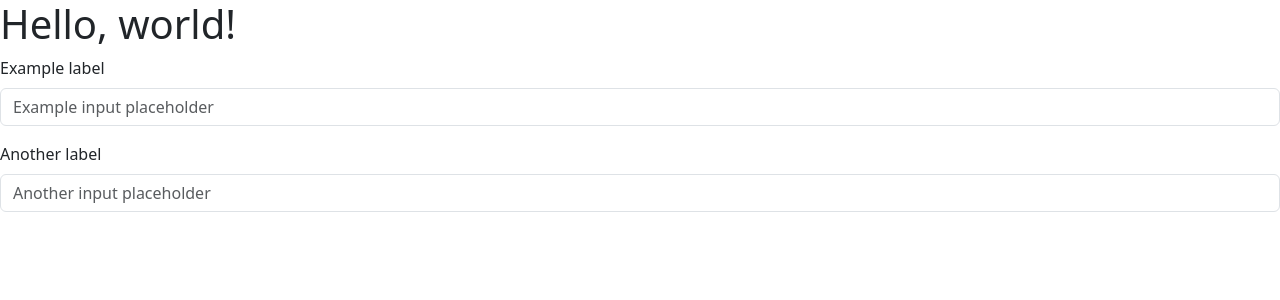
Repository: Senyadt2/Projects-On-Java
Page: HTTP-Servlet-request-response/src/main/webapp/index.html
The author's editor kept a copy of each file at every save. The page is drawn from the files as they stood at one save, then again after the next save.
The browser window is 1280 px wide. The pictures show the whole page.

Above is the page before, as saved 2024-03-24 04:17:09.

### HTTP-Servlet-request-response/src/main/webapp/index.html
<!doctype html>
<html lang="en">
  <head>
    <meta charset="utf-8">
    <meta name="viewport" content="width=device-width, initial-scale=1">
    <title>Bootstrap demo</title>
    <link href="https://cdn.jsdelivr.net/npm/bootstrap@5.3.3/dist/css/bootstrap.min.css" rel="stylesheet" integrity="sha384-QWTKZyjpPEjISv5WaRU9OFeRpok6YctnYmDr5pNlyT2bRjXh0JMhjY6hW+ALEwIH" crossorigin="anonymous">
  </head>
  <body>
    <h1>Hello, world!</h1>
    <div><div class="mb-3">
  <label for="formGroupExampleInput" class="form-label">Example label</label>
  <input type="text" class="form-control" id="formGroupExampleInput" placeholder="Example input placeholder">
</div>
<div class="mb-3">
  <label for="formGroupExampleInput2" class="form-label">Another label</label>
  <input type="text" class="form-control" id="formGroupExampleInput2" placeholder="Another input placeholder">
</div></div>
    <script src="https://cdn.jsdelivr.net/npm/bootstrap@5.3.3/dist/js/bootstrap.bundle.min.js" integrity="sha384-YvpcrYf0tY3lHB60NNkmXc5s9fDVZLESaAA55NDzOxhy9GkcIdslK1eN7N6jIeHz" crossorigin="anonymous"></script>
  </body>
</html>

After the next save:
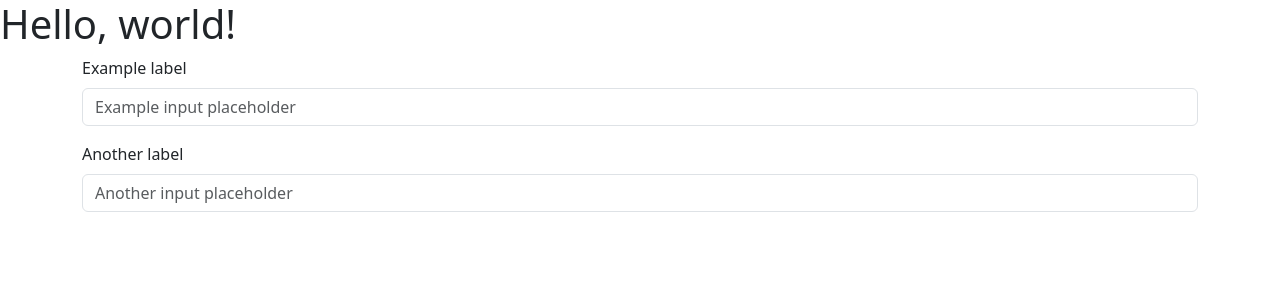
Saved 10 s later.
--- a/HTTP-Servlet-request-response/src/main/webapp/index.html
+++ b/HTTP-Servlet-request-response/src/main/webapp/index.html
@@ -1,21 +1,32 @@
 <!doctype html>
 <html lang="en">
-  <head>
-    <meta charset="utf-8">
-    <meta name="viewport" content="width=device-width, initial-scale=1">
-    <title>Bootstrap demo</title>
-    <link href="https://cdn.jsdelivr.net/npm/bootstrap@5.3.3/dist/css/bootstrap.min.css" rel="stylesheet" integrity="sha384-QWTKZyjpPEjISv5WaRU9OFeRpok6YctnYmDr5pNlyT2bRjXh0JMhjY6hW+ALEwIH" crossorigin="anonymous">
-  </head>
-  <body>
-    <h1>Hello, world!</h1>
-    <div><div class="mb-3">
-  <label for="formGroupExampleInput" class="form-label">Example label</label>
-  <input type="text" class="form-control" id="formGroupExampleInput" placeholder="Example input placeholder">
-</div>
-<div class="mb-3">
-  <label for="formGroupExampleInput2" class="form-label">Another label</label>
-  <input type="text" class="form-control" id="formGroupExampleInput2" placeholder="Another input placeholder">
-</div></div>
-    <script src="https://cdn.jsdelivr.net/npm/bootstrap@5.3.3/dist/js/bootstrap.bundle.min.js" integrity="sha384-YvpcrYf0tY3lHB60NNkmXc5s9fDVZLESaAA55NDzOxhy9GkcIdslK1eN7N6jIeHz" crossorigin="anonymous"></script>
-  </body>
+<head>
+<meta charset="utf-8">
+<meta name="viewport" content="width=device-width, initial-scale=1">
+<title>Bootstrap demo</title>
+<link
+	href="https://cdn.jsdelivr.net/npm/bootstrap@5.3.3/dist/css/bootstrap.min.css"
+	rel="stylesheet"
+	integrity="sha384-QWTKZyjpPEjISv5WaRU9OFeRpok6YctnYmDr5pNlyT2bRjXh0JMhjY6hW+ALEwIH"
+	crossorigin="anonymous">
+</head>
+<body>
+	<h1>Hello, world!</h1>
+	<div class="container">
+		<div class="mb-3">
+			<label for="formGroupExampleInput" class="form-label">Example
+				label</label> <input type="text" class="form-control"
+				id="formGroupExampleInput" placeholder="Example input placeholder">
+		</div>
+		<div class="mb-3">
+			<label for="formGroupExampleInput2" class="form-label">Another
+				label</label> <input type="text" class="form-control"
+				id="formGroupExampleInput2" placeholder="Another input placeholder">
+		</div>
+	</div>
+	<script
+		src="https://cdn.jsdelivr.net/npm/bootstrap@5.3.3/dist/js/bootstrap.bundle.min.js"
+		integrity="sha384-YvpcrYf0tY3lHB60NNkmXc5s9fDVZLESaAA55NDzOxhy9GkcIdslK1eN7N6jIeHz"
+		crossorigin="anonymous"></script>
+</body>
 </html>
